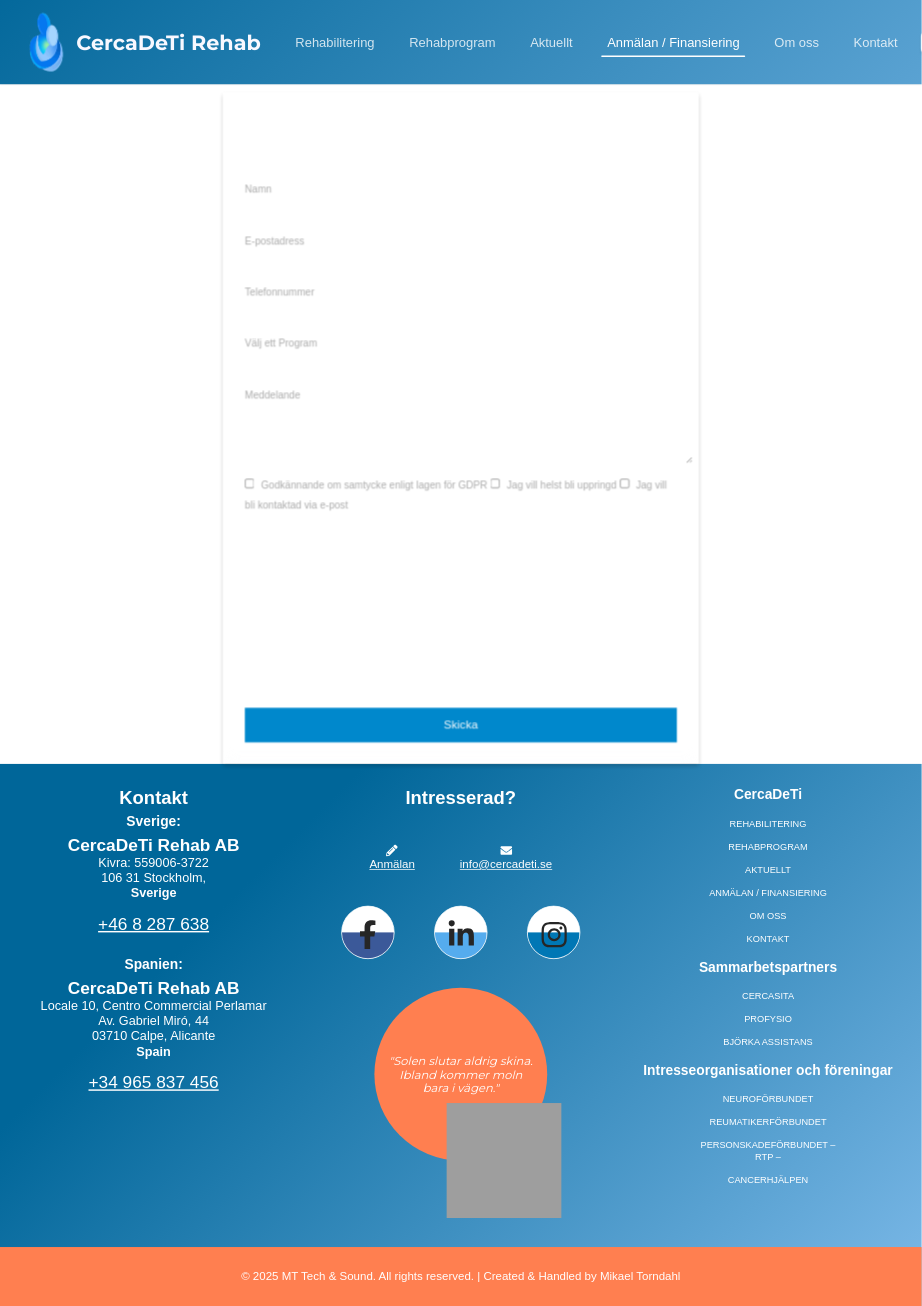
Repository: micketorndahl/CercaDeTi-rehab
Page: anmalan-form.html
The author's editor kept a copy of each file at every save. The page is drawn from the files as they stood at one save, then again after the next save.
The browser window is 1280 px wide. The pictures show the whole page, at 72% of full size.
Pictures or frames that could not be fetched are drawn as grey boxes. The page's requests for data from a server got no answer. Some web fonts or font styles are not loaded; a fallback is used. Some web libraries are served in a nearby version.

Above is the page before, as saved 2025-02-01 18:28:29.
Console error: TypeError: Cannot read properties of null (reading 'addEventListener')

### anmalan-form.html
<!DOCTYPE html>
<html lang="en">
  <head>
    <meta charset="UTF-8" />
    <meta name="viewport" content="width=device-width, initial-scale=1.0" />

    <link
      rel="stylesheet"
      href="https://use.fontawesome.com/releases/v5.6.3/css/all.css"
      integrity="sha384-UHRtZLI+pbxtHCWp1t77Bi1L4ZtiqrqD80Kn4Z8NTSRyMA2Fd33n5dQ8lWUE00s/"
      crossorigin="anonymous"
    />

    <script src="https://cdnjs.cloudflare.com/ajax/libs/font-awesome/5.15.4/js/all.min.js"></script>

    <link rel="stylesheet" href="style.css" />
    <link rel="stylesheet" href="tailwind.css" />
    <title>CercaDeTi Rehab</title>
  </head>
  <body>
    <div class="site-container">
      <header class="header">
        <div class="logo-wrapper">
          <div class="logo">
            <div class="logo-and-text">
              <a href="index.html">
                <img src="/images/cropped-CDTR.gif" alt="Logo" />
                <h1 class="cercadeti">CercaDeTi Rehab</h1>
              </a>
            </div>
          </div>
        </div>

        <nav class="main-nav">
          <div class="nav-container">
            <ul>
              <li>
                <a href="rehabilitering.html">Rehabilitering</a>
              </li>
              <li><a href="rehabprogram.html">Rehabprogram</a></li>
              <li><a href="aktuellt.html">Aktuellt</a></li>
              <li>
                <a href="anmalan-finans.html" class="active"
                  >Anmälan / Finansiering</a
                >
              </li>
              <li><a href="om-oss.html">Om oss</a></li>
              <li><a href="kontakt.html">Kontakt</a></li>
            </ul>
          </div>
        </nav>

        <div class="social-container">
          <div class="social">
            <ul>
              <li>
                <a href="https://www.facebook.com/CercadetiRehab/"
                  ><i class="fab fa-facebook-f icon"></i
                ></a>
              </li>
              <li>
                <a href="https://www.linkedin.com/company/cercadeti-rehab-ab"
                  ><i class="fab fa-linkedin-in icon"></i
                ></a>
              </li>
              <li>
                <a href="https://www.instagram.com/cercadetirehab/"
                  ><i class="fab fa-instagram icon"></i
                ></a>
              </li>
            </ul>
          </div>
        </div>
      </header>

      <div class="content">
        <div class="form-container">
          <form class="contact-form">
            <h2>Kontakta Oss</h2>

            <label for="name">Namn</label>
            <input type="text" id="name" name="name" required />

            <label for="email">E-postadress</label>
            <input type="email" id="email" name="email" required />

            <label for="phone">Telefonnummer</label>
            <input type="tel" id="phone" name="phone" required />

            <label for="program">Välj ett Program</label>
            <select id="program" name="program" required>
              <option value="neurorehab">Neurorehab</option>
              <option value="reumarehab">Reumarehab</option>
              <option value="cancerrehab">Cancerrehab</option>
              <option value="stressrehab">Stressrehab</option>
              <option value="närståendeprogram">Närståendeprogram</option>
            </select>

            <label for="message">Meddelande</label>
            <textarea id="message" name="message" rows="4" required></textarea>

            <div class="checkbox-container">
              <input type="checkbox" id="gdpr" name="gdpr" required />
              <label for="gdpr"
                >Godkännande om samtycke enligt lagen för GDPR</label
              >

              <input type="checkbox" id="call" name="call" />
              <label for="call">Jag vill helst bli uppringd</label>

              <input type="checkbox" id="emailContact" name="emailContact" />
              <label for="emailContact"
                >Jag vill bli kontaktad via e-post</label
              >
            </div>

            <p class="info-text">
              Du är alltid välkommen att kontakta oss. Dina uppgifter hanteras
              enligt vår Integritetspolicy och samtycke enligt GDPR när du
              sänder information till oss.
            </p>

            <button type="submit" class="submit-btn">Skicka</button>
          </form>
        </div>
      </div>

      <!-- FOOTER START -->
      <footer class="footer-container">
        <div class="footer-top">
          <div class="footarea1 footer-shared">
            <h3>Kontakt</h3>

            <address class="address-shared address-se">
              <h5>Sverige:</h5>
              <strong
                ><span class="address-company-name"
                  >CercaDeTi Rehab AB</span
                ></strong
              ><br />
              <span class="address-location">Kivra: 559006-3722</span><br />
              <span class="address-city">106 31 Stockholm,</span><br />
              <span class="address-country"
                ><strong>Sverige</strong><br
              /></span>
              <br />
              <span class="telephone"
                ><a href="tel:+468287638">+46 8 287 638</a></span
              >
            </address>

            <div class="address-shared address-es">
              <address>
                <h5>Spanien:</h5>
                <strong
                  ><span class="address-company-name"
                    >CercaDeTi Rehab AB</span
                  > </strong
                ><br />
                <span class="address-location"
                  >Locale 10, Centro Commercial Perlamar</span
                ><br />
                <span class="address-street">Av. Gabriel Miró, 44</span><br />
                <span class="address-city">03710 Calpe, Alicante<br /></span>
                <span class="address-country"
                  ><strong>Spain</strong><br
                /></span>
                <br />
                <span class="telephone"
                  ><a href="tel:+34965837456">+34 965 837 456</a></span
                >
              </address>
            </div>
          </div>
          <div class="footarea2 footer-shared">
            <h3>Intresserad?</h3>
            <div class="footarea2-links">
              <a href=""><i class="fas fa-pencil-alt"></i> Anmälan</a>
              <a href="mailto:info@cercadeti.se"
                ><i class="fas fa-envelope"></i> info@cercadeti.se</a
              >
            </div>
            <div class="social-footer">
              <ul>
                <li>
                  <a href="https://www.facebook.com/CercadetiRehab/">
                    <i class="fab fa-facebook-f icon"></i>
                  </a>
                </li>

                <li>
                  <a href="https://www.linkedin.com/company/cercadeti-rehab-ab"
                    ><i class="fab fa-linkedin-in icon"></i
                  ></a>
                </li>
                <li>
                  <a href="https://www.instagram.com/cercadetirehab/"
                    ><i class="fab fa-instagram icon"></i
                  ></a>
                </li>
              </ul>
            </div>
            <div class="image-container-footer">
              <div class="image-wrapper">
                <p class="footer-quote">
                  "Solen slutar aldrig skina. Ibland kommer moln bara i vägen."
                </p>
                <img src="images/weelchair.icon.png" alt="wheelchair-icon" />
              </div>
            </div>
          </div>
          <div class="footarea3 footer-shared">
            <nav class="footer-nav">
              <div class="link-column1">
                <h4>CercaDeTi</h4>
                <ul>
                  <li><a href="rehabilitering.html">Rehabilitering</a></li>
                  <li><a href="rehabprogram.html">Rehabprogram</a></li>
                  <li><a href="aktuellt.html">Aktuellt</a></li>
                  <li>
                    <a href="anmalan-finans.html">Anmälan / Finansiering</a>
                  </li>
                  <li><a href="om-oss.html">Om oss</a></li>
                  <li><a href="kontakt.html">Kontakt</a></li>
                </ul>
              </div>

              <div class="link-column2">
                <h4>Sammarbetspartners</h4>
                <ul>
                  <li><a href="https://cercasita.com/">Cercasita</a></li>
                  <li><a href="https://profysio.es/">ProFysio</a></li>
                  <li>
                    <a href="https://www.bjorka-assistans.se/"
                      >Björka Assistans</a
                    >
                  </li>
                </ul>
              </div>

              <div class="link-column3">
                <h4>Intresseorganisationer och föreningar</h4>
                <ul>
                  <li><a href="https://neuro.se/">Neuroförbundet</a></li>
                  <li>
                    <a href="https://reumatiker.se/">Reumatikerförbundet</a>
                  </li>
                  <li>
                    <a href="https://rtp.se/">Personskadeförbundet – RTP – </a>
                  </li>
                  <li>
                    <a href="http://www.cancerhjalpen.se/">Cancerhjälpen</a>
                  </li>
                </ul>
              </div>
            </nav>
          </div>
        </div>
        <div class="footer-bottom">
          <div class="copyright">
            &copy; 2025 MT Tech &amp; Sound. All rights reserved. | Created
            &amp; Handled by Mikael Torndahl
          </div>
          <div class="additional-info"></div>
        </div>
      </footer>
      <!-- FOOTER END -->
    </div>
    <!-- SCRIPT SRCS -->
    <script src="js/script.js"></script>
    <script src="js/weather-api.js"></script>
  </body>
</html>

### style.css
@import url("css/reset.css");
@import url("css/standard.css");
@import url("css/variables.css");
@import url("css/typography.css");
@import url("css/layout.css");
@import url("css/navigation.css");
@import url("css/post.css");
@import url("css/footer.css");
@import url("css/searchbox.css");
@import url("css/page-templates.css");
@import url("css/mq-tablet.css");
@import url("css/mq-phone.css");
@import url("css/effects.css");

### css/standard.css
/*
/* STANDARD
*/

html {
  scroll-behavior: smooth;
}

a {
  text-decoration: none;
}

[class*="fa"]:not([class*="fab"]) {
  display: block;
  margin: 0 auto;
  padding: 0.2rem;
}

### css/typography.css
/*
/* HEADLINES
*/

body {
  background-color: var(--white);
  color: var(--gray-paragraph);
  font-style: normal;
}

.content p,
.container-index p {
  font-size: 1.5rem;
  font-weight: 300;
  white-space: pre-wrap;
  text-align: center;
  margin: 0.5rem;
  word-wrap: break-word;
  line-height: 1.5;
}

body,
.content p,
container-index p,
.address-company-name,
address span,
h1,
h2,
h3,
h4,
h5,
h6 {
  font-family: var(--font-secondary), sans-serif;
  margin: 0;
  padding: 0;
}

h1,
h2,
h3,
h4,
h5,
h6 {
  font-weight: bold;
}

h1 {
  font-size: 2rem;
}
h2 {
  font-size: calc(5rem + 1vw);
}

h3 {
  font-size: 1.6rem;
  color: var(--white);
  margin-bottom: 0.5rem;
}
h4 {
  font-size: 1.2rem;
  color: var(--white);
  margin-bottom: 0.5rem;
}
h5 {
  font-size: 1.2rem;
  font-style: normal;
  padding: 0;
}
h6 {
  font-size: 1rem;
}

.banner-content h2 {
  font-family: var(--font-ten), sans-serif;
  font-size: 6rem;
  font-style: bold;
  line-height: 1.2;
  margin-top: 0.5rem;
  color: var(--white);
}

.address-company-name {
  font-size: 1.5rem;
  font-weight: bold;
  font-style: normal;
}

address span {
  font-style: normal;
  font-size: 1.1rem;
  font-weight: 400;
  margin: 0;
  padding: 0;
}

### css/layout.css
/*
/* LAYOUT
*/

.site-container {
  flex: 1;
  display: flex;
  flex-direction: column;
  margin: 0 auto;
  width: 100%;
}

.header {
  background: linear-gradient(
    135deg,
    var(--color-quaternary) 25%,
    var(--color-tertiary) 100%
  );
  background-size: 200% 100%;
  display: flex;
  justify-content: space-between;
  align-items: center;
  margin: 0;
  z-index: 1000;
  width: 100%;
  position: fixed;
  box-shadow: 0 1px 3px rgba(0, 0, 0, 0.1), 0 1px 2px rgba(0, 0, 0, 0.06);
  animation: shineEffect 7s infinite linear;
}

.header > div {
  flex: 1; /* Makes each section take up equal space */
}

.logo-wrapper {
  display: flex;
  flex-direction: row;
  justify-content: center;
  flex-grow: 1;
  flex-shrink: 0;
  position: relative;
  animation: shineEffect 4s ease-in-out infinite;
}

@keyframes shineEffect {
  0% {
    background-position: 0% 50%;
    box-shadow: 0 0 10px var(--background-color-blue);
  }
  50% {
    background-position: 100% 50%;
    box-shadow: 0 0 20px var(--background-color-light-blue);
  }
  100% {
    background-position: 0% 50%;
    box-shadow: 0 0 10px var(--background-color-blue);
  }
}

.logo {
  display: flex;
  flex-direction: row;
  align-items: center;
  padding: 0;
}

.logo img {
  width: 50px;
  height: 85px;
  transition: transform 0.3s ease-in-out, filter 0.3s ease-in-out;
  padding: 0 1rem;
}

.logo img {
  animation: pulse 2.5s infinite;
}

@keyframes pulse {
  0%,
  100% {
    transform: scale(1);
    filter: brightness(1) hue-rotate(0deg) saturate(1);
  }
  50% {
    transform: scale(1.05);
    filter: brightness(1.1) hue-rotate(10deg) saturate(1.3);
  }
}

.logo-and-text {
  display: flex;
  flex-direction: row;
  justify-content: center;
  align-items: center;
  margin: 0;
  padding: 1rem 1.5rem;
}

.logo-and-text a {
  display: flex;
  flex-direction: row;
  align-items: center;
}

h1.cercadeti {
  font-family: var(--font-eight), sans-serif;
  font-size: 1.8rem;
  font-weight: 700;
  color: var(--ghost-white);
  white-space: nowrap;
}

.ctas-container {
  display: flex;
  justify-content: center;
  align-items: center;
}

.button-CTA {
  background-color: var(--color-secondary);
  padding: 1rem 2.6rem;
  border-radius: 3rem;
  box-shadow: rgba(0, 0, 0, 0.1) 0 2px 4px;
  color: #ffffff;
  font-family: Pontano Sans, sans-serif;
  font-size: 1rem;
  font-weight: 500;
  outline: 0;
  text-align: center;
  text-transform: uppercase;
  text-decoration: none;
  margin: 2rem 0.5rem;
  border: 0;
  cursor: pointer;
  transition: all 0.3s ease-in-out;
  position: relative;
  z-index: 1;
  transform-origin: center;
}

/* First button: Transparent effect on hover */
.button-CTA:nth-of-type(1) {
  background-color: var(--color-primary);
}

.button-CTA:nth-of-type(1):hover {
  background-color: rgba(227, 227, 227, 0.1);
  color: white;
  /* Use outline instead of border */
  outline: 1px solid var(--color-primary); /* Or 2px as you prefer */
  outline-offset: -1px; /* Adjust if needed to make outline appear as border */
  box-shadow: rgba(0, 0, 0, 0.2) 0 4px 8px;
  transform: scale(1.05);
}

/* Second button: More vibrant on hover */
.button-CTA:nth-of-type(2) {
  background-color: var(--color-secondary);
}

.button-CTA:nth-of-type(2):hover {
  background-color: #ff5722;
  box-shadow: rgba(0, 0, 0, 0.25) 0 6px 12px;
  /* Scale on hover */
  transform: scale(1.05); /* Adjust scale factor as desired */
}

.button-CTA:active {
  transform: translateY(1px) scale(0.95); /* Scale down slightly on active */
  box-shadow: rgba(0, 0, 0, 0.1) 0 2px 4px;
}

.banner {
  position: relative;
  display: flex;
  flex-direction: column;
  min-height: 100vh;
  background-image: url(../images/banner-index.jpg);
  background-repeat: no-repeat;
  background-size: cover;
  background-attachment: fixed;
  background-position: center top;
  padding-top: 100px;
}

.banner::before {
  content: "";
  position: absolute;
  top: 0;
  left: 0;
  width: 100%;
  height: 60%; /* Only darken the top part */
  background: linear-gradient(to bottom, rgba(0, 0, 0, 0.6), rgba(0, 0, 0, 0));
  z-index: 1;
}

#banner-aktuellt {
  background-image: url(../images/banner-aktuellt.jpg);
}

#banner-anmalan-finans {
  background-image: url(../images/banner-anmalan-finans.jpg);
}

#banner-kontakt {
  background-image: url(../images/rehab10.jpg);
  background-position: center center;
}

#banner-om-oss {
  background-image: url(../images/rehab11.jpg);
  background-position: center center;
}

#banner-rehabilitering {
  background-image: url(../images/banner-rehabilitering.jpg);
}

.banner-content {
  position: relative;
  z-index: 2; /* Ensures the text appears above the dark overlay */
  display: flex;
  flex-direction: column;
  justify-content: space-around;
  align-items: center;
}

.slogan {
  padding: 5rem;
  color: var(--white);
  text-align: center;
}

.content {
  width: 60%;
  margin: 0 auto;
  display: flex;
  align-items: center; /* Vertically center grid items */
  justify-content: center; /* Horizontally align items */
}

.content-3col {
  display: grid;
  grid-template-columns: 1fr 3fr 1fr; /* Left Sidebar - Main Content - Right Sidebar */
  grid-template-rows: auto; /* Allow content to dictate height */
  grid-template-areas: "left main right"; /* Define named grid areas */
}

section.main {
  grid-column:
  display: flex;
  flex-direction: column;
  text-align: center;
  background: var(--white);

}

section.main h2 {
  font-size: 3rem;
  color: var(--text-dark);
}

aside {
  display: flex;
  flex-direction: column;
  justify-content: center;
  align-items: center;
}

aside.sidebar-left {
  grid-column: 1;
  display: flex;
  align-items: center; /* Vertically center content */
  justify-content: center; /* Horizontally center content */
}

aside.sidebar-right {
  grid-column: 3;
  display: flex;
  align-items: center;
  justify-content: center; /* Ensures vertical centering */
}

aside h3 {
  color: var(--text-dark);
}

.form-container {
  background: rgba(255, 255, 255, 0.1);
  backdrop-filter: blur(10px);
  margin-top: 8rem;
  padding: 30px;
  border-radius: var(--border-radius);
  width: 100%;
  max-width: 600px;
  box-shadow: 0 4px 6px rgba(0, 0, 0, 0.2);
  transition: transform 0.3s ease-in-out;
}

.form-container:hover {
  transform: translateY(-10px);
}

.form-container h2 {
  text-align: center;
  color: var(--white);
  font-size: 4rem;

}

label {
  font-size: 14px;
  margin-bottom: 5px;
  color: var(--darkgray);
}

input, select, textarea {
  width: 100%;
  padding: 10px;
  margin-bottom: 15px;
  border: 1px solid rgba(255, 255, 255, 0.3);
  border-radius: var(--border-radius);
  background: rgba(255, 255, 255, 0.1);
  color: var(--white);
  font-size: 14px;
  outline: none;
}

input[type="checkbox"] {
  width: auto;
  margin-right: 5px;
}

textarea {
  resize: vertical;
}

.checkbox-container {
  margin-bottom: 20px;
}

.info-text {
  color: var(--white);
  font-size: 12px;
  margin-bottom: 20px;
}

.submit-btn {
  background-color: var(--color-primary);
  color: var(--white);
  border: none;
  padding: 15px;
  font-size: 16px;
  width: 100%;
  border-radius: var(--border-radius);
  cursor: pointer;
  transition: background-color 0.3s ease;
}

.submit-btn:hover {
  background-color: darken(var(--color-primary), 10%);
}

### css/navigation.css
/* NAV */

.main-nav {
  display: flex;
  justify-content: center;
  align-items: center;
  padding: 0;
  flex-grow: 0;
  flex-shrink: 0;
}

nav.main-nav ul {
  display: flex;
  margin: 0;
  padding: 0;
}

nav.main-nav ul li {
  list-style: none;
  margin: 0 1rem;
}

.main-nav a {
  position: relative;
  display: inline-block;
  padding: 0.5rem;
  text-decoration: none;
  transition: color 0.2s ease-in-out;
}

nav.main-nav ul li a {
  font-family: var(--font-secondary), sans-serif;
  font-size: 18px;
  font-weight: 400;
  line-height: 1rem;
  /* Slightly darker default color */
  color: var(--dullwhite);
  text-decoration: none;
  transition: all 0.4s ease-in-out;
}

nav.main-nav ul li a:hover {
  color: var(--white); /* Brighter on hover */
}

nav.main-nav ul li a.active {
  color: var(--white); /* Brightest when active */
}

nav.main-nav ul li a.active::after {
  content: "";
  position: absolute;
  left: 0;
  bottom: -4px;
  width: 100%;
  height: 1px; /* Adjusted height here */
  background-color: var(--white);
  border-radius: 2px;
  transition: transform 0.3s ease, background-color 0.3s ease;
}

/* Hover underline that grows from the left */
nav.main-nav ul li a::after {
  content: "";
  position: absolute;
  left: 0;
  bottom: -4px;
  width: 0;
  height: 1px;
  background-color: var(--white);
  border-radius: 2px;
  transition: width 0.6s ease, background-color 0.6s ease;
  opacity: 0;
}

nav.main-nav ul li a:hover::after {
  width: 100%;
  opacity: 1;
  height: 1px;
}

/* Active link styles */
nav.main-nav ul li a.active::after {
  width: 100%;
  height: 2px; /* Adjusted height here */
  opacity: 1;
}

.social-container {
  display: flex;
  justify-content: center;
  align-items: center;
  flex-grow: 1;
  flex-shrink: 1;
}

.social ul {
  display: flex;
  justify-content: space-evenly;
  margin: 0;
}

.social li {
  margin: 0.5rem;
}

.ctas-container {
  display: flex; /* Aligns buttons side by side */
  justify-content: center;
  align-items: center;
}

### css/post.css
/*
/* POST */
/*

### css/searchbox.css
/*
/* SEARCHBOX */
/*

### css/mq-tablet.css
/*
/* MQ-TABLET */
/*

### css/mq-phone.css
/*
/* MQ-PHONE*/
/*

Loaded but not shown: tailwind.css (library); js/script.js (117 lines, source omitted); js/weather-api.js (90 lines, source omitted); css/page-templates.css (379 lines, source omitted); css/reset.css (364 lines, source omitted); css/effects.css (235 lines, source omitted); css/variables.css (74 lines, source omitted); css/footer.css (189 lines, source omitted)

After the next save:
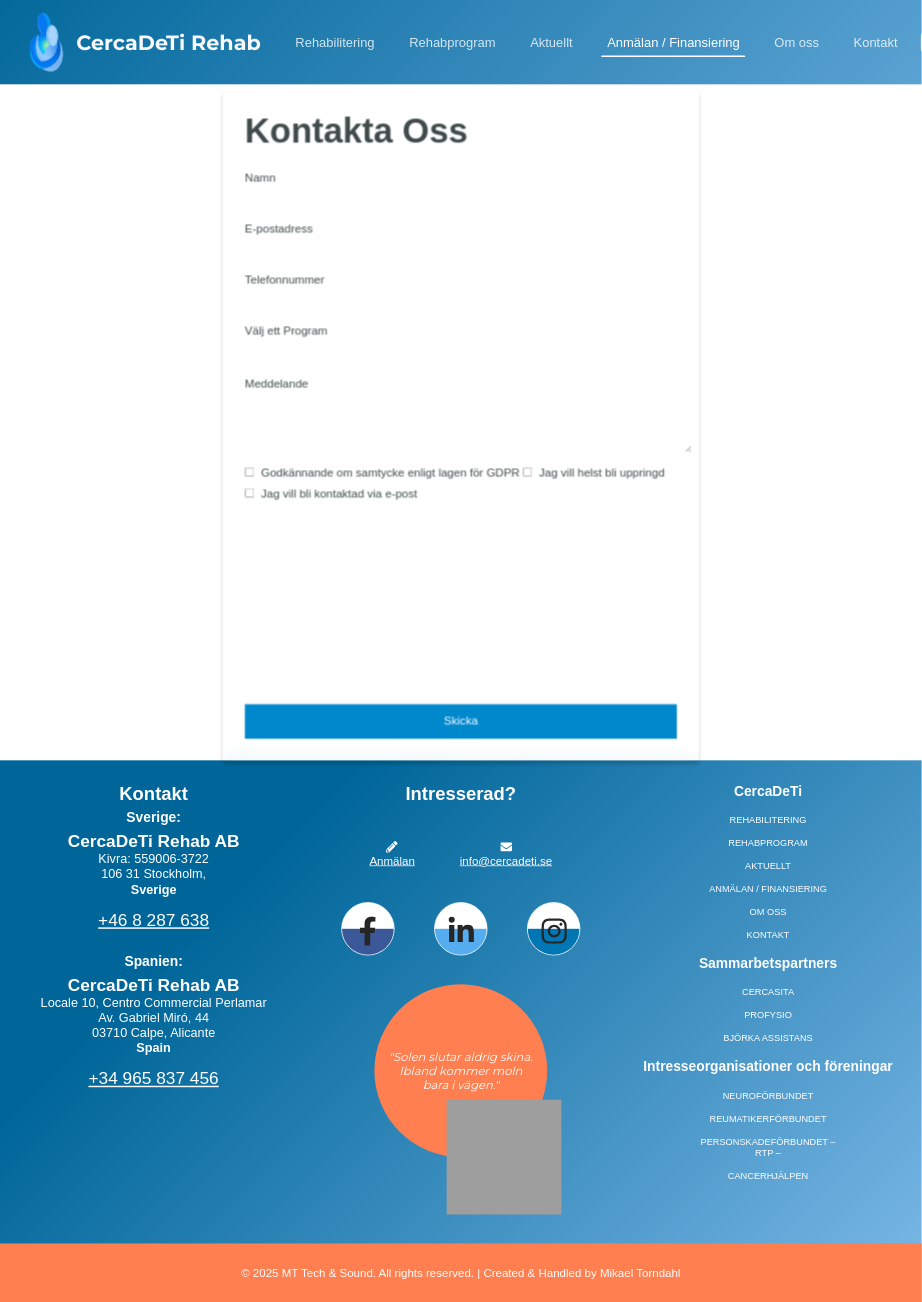
Saved 14 s later.
--- a/css/layout.css
+++ b/css/layout.css
@@ -301,12 +301,7 @@
   transform: translateY(-10px);
 }
 
-.form-container h2 {
-  text-align: center;
-  color: var(--white);
-  font-size: 4rem;
-
-}
+.
 
 label {
   font-size: 14px;
